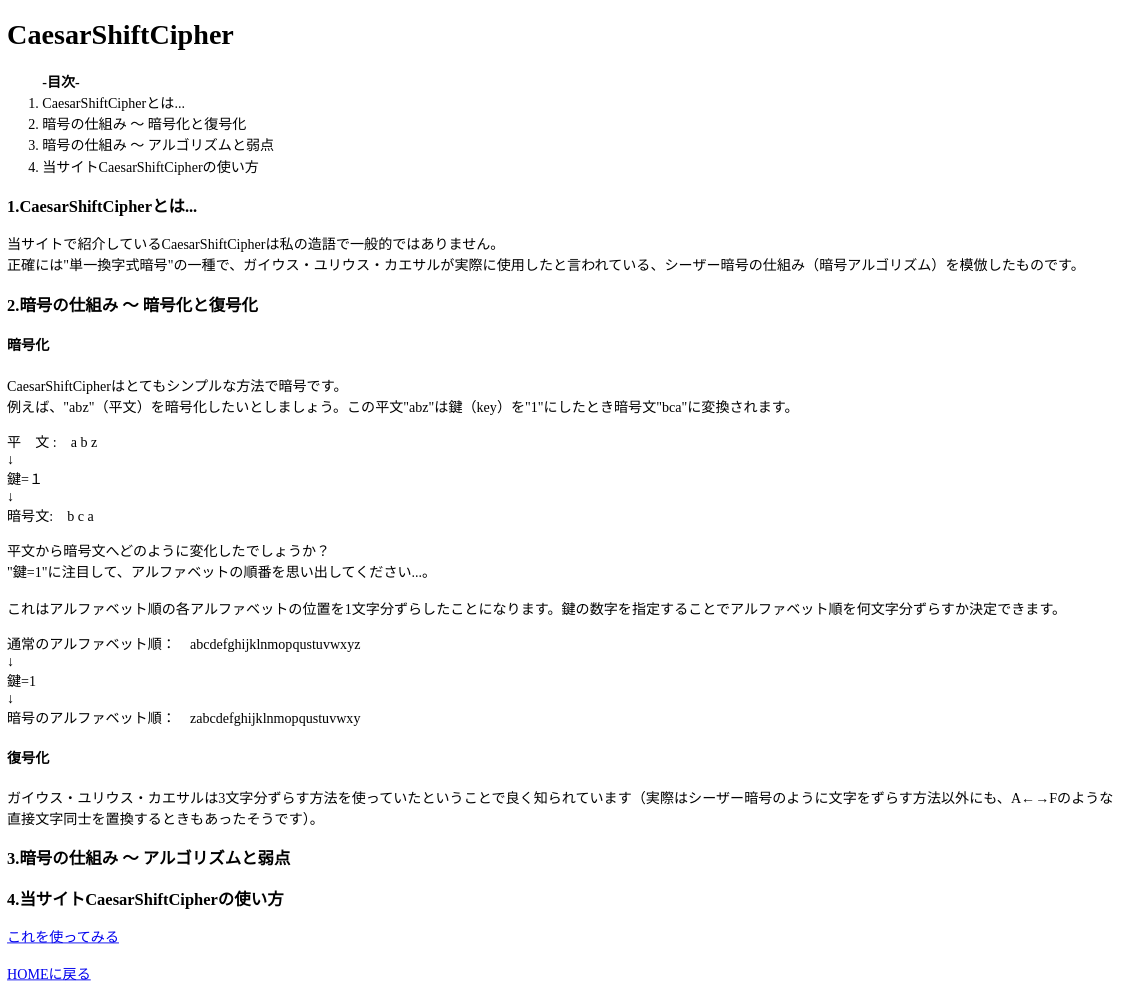
Repository: RantaWatari/TEST
Page: http://localhost/CipherProject/CipherMore?page=1
These files come from the project's save history. The page is drawn as it stood at one moment and after the next save; the edit follows.
The browser window is 1280 px wide. The pictures show the whole page, at 88% of full size.
The page is served by Tomcat 9.

Above is the page before, as saved 2017-07-25 02:31:06.

After the next save:
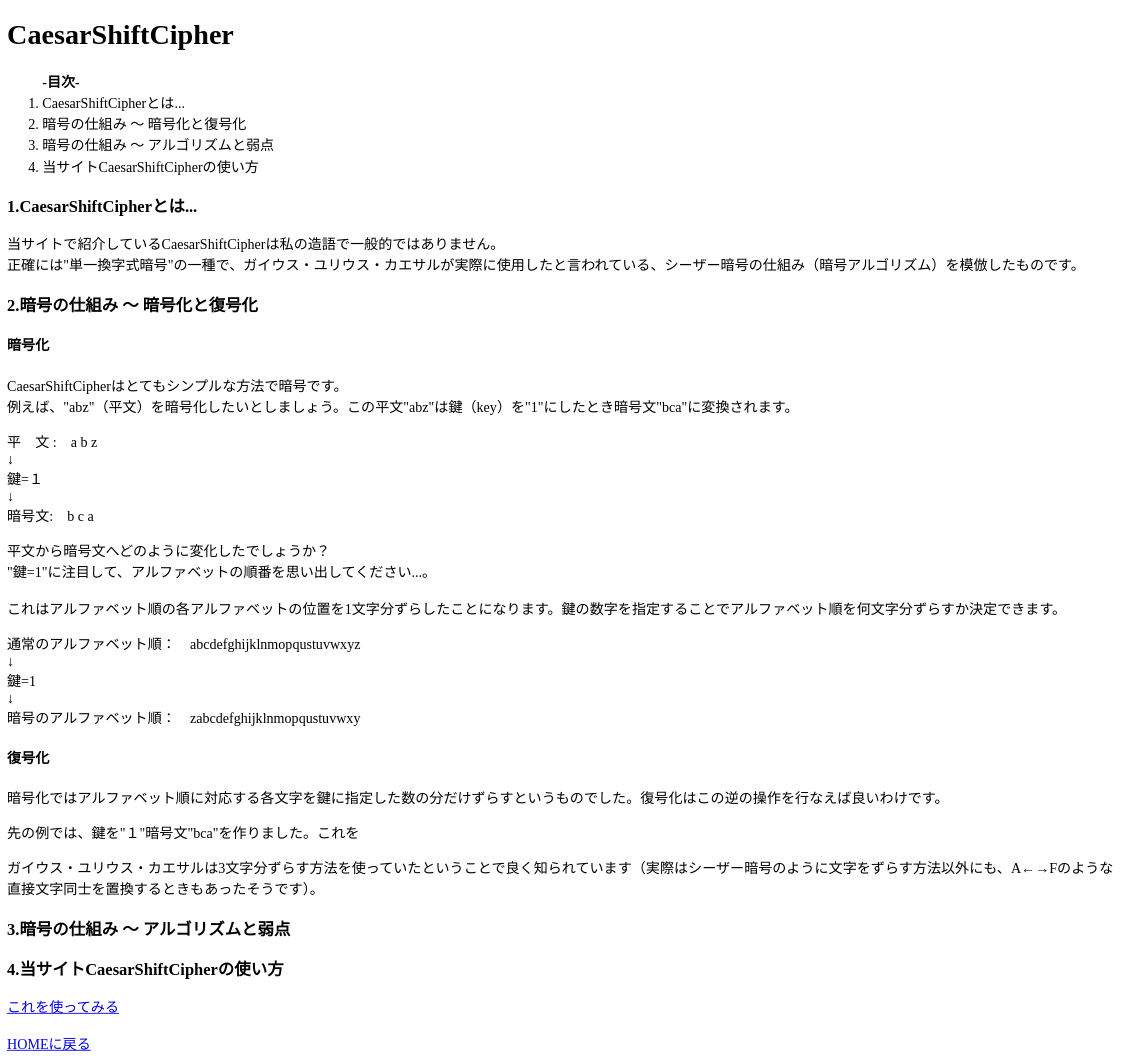
Saved 9 min 25 s later.
--- a/CipherProject/WebContent/WEB-INF/jsp/CaesarShiftCipher.jsp
+++ b/CipherProject/WebContent/WEB-INF/jsp/CaesarShiftCipher.jsp
@@ -26,7 +26,8 @@
 		<p>平文から暗号文へどのように変化したでしょうか？<br>"鍵=1"に注目して、アルファベットの順番を思い出してください...。<br><br>これはアルファベット順の各アルファベットの位置を1文字分ずらしたことになります。鍵の数字を指定することでアルファベット順を何文字分ずらすか決定できます。</p>
 		<p>通常のアルファベット順：　abcdefghijklnmopqustuvwxyz<br>↓<br>鍵=1<br>↓<br>暗号のアルファベット順：　zabcdefghijklnmopqustuvwxy</p>
 	<h4>復号化</h4>
-		<p></p>
+		<p>暗号化ではアルファベット順に対応する各文字を鍵に指定した数の分だけずらすというものでした。復号化はこの逆の操作を行なえば良いわけです。</p>
+		<p>先の例では、鍵を"１"暗号文"bca"を作りました。これを</p>
 		<p>ガイウス・ユリウス・カエサルは3文字分ずらす方法を使っていたということで良く知られています（実際はシーザー暗号のように文字をずらす方法以外にも、A←→Fのような直接文字同士を置換するときもあったそうです）。</p>
 <h3>3.暗号の仕組み ～ アルゴリズムと弱点</h3>
 	<p></p>
